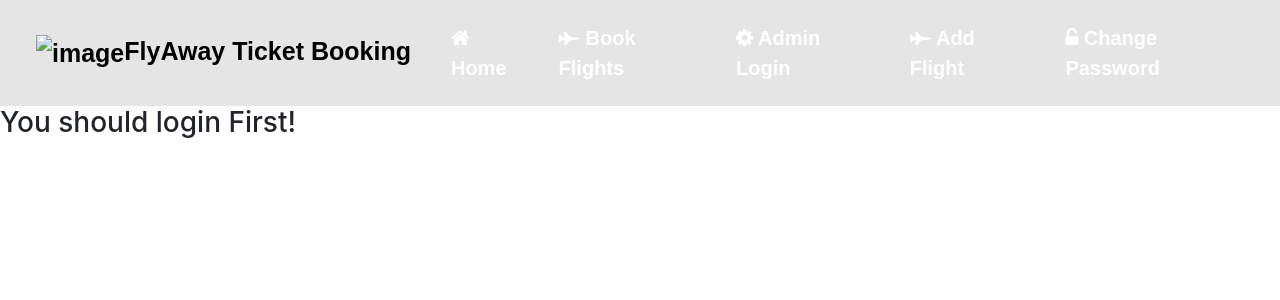
Repository: sayrabano/Phase2-project
Page: http://localhost/FlyAway/adminDashboard.jsp
These files come from the project's save history. The page is drawn as it stood at one moment and after the next save; the edit follows.
The browser window is 1280 px wide. The pictures show the whole page.
Some web fonts or font styles are not loaded; a fallback is used. The page is served by Tomcat 9.

Above is the page before, as saved 2021-09-26 12:54:35.
Not found: FlyAway/FlyAway/Images/travle.png

After the next save:
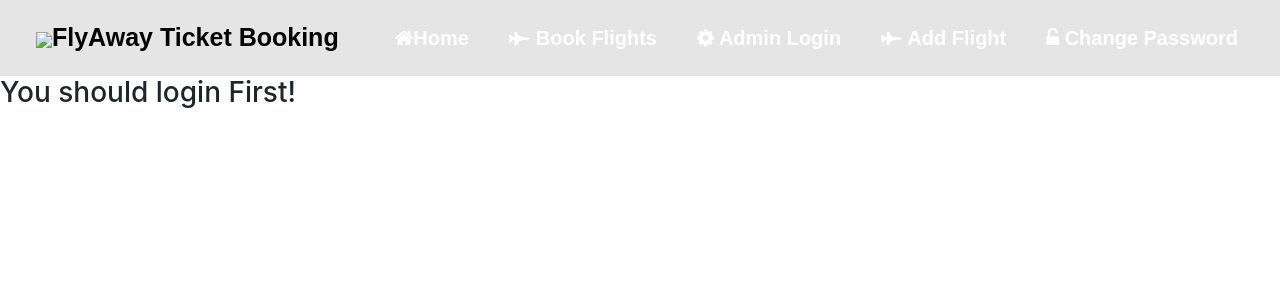
Saved 24 s later.
--- a/FlyAway/src/main/webapp/adminDashboard.jsp
+++ b/FlyAway/src/main/webapp/adminDashboard.jsp
@@ -39,7 +39,7 @@ ResultSet resultSet = null;
 
 
 
-		<a class="navbar-brand" id="tag"><img src="Images/travle.png" class="img-fluid" alt="image" width="18%">FlyAway Ticket Booking</a>
+		<a class="navbar-brand" id="tag"><img src="Images/travle.png" class="img-fluid"  width="18%">FlyAway Ticket Booking</a>
 
 
 		<div class="collapse navbar-collapse" id="navbarSupportedContent">
